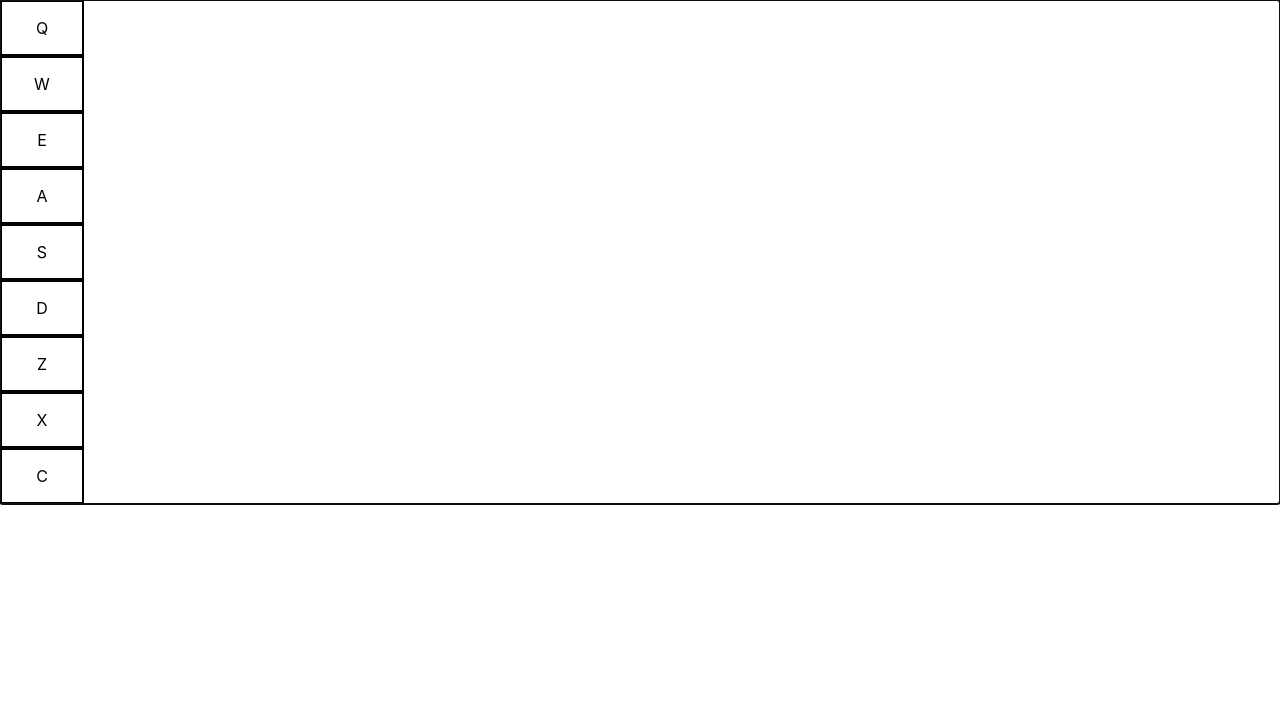
Repository: milac0/drum-machine
Page: /
These files come from the project's save history. The page is drawn as it stood at one moment and after the next save; the edit follows.
The browser window is 1280 px wide. The pictures show the whole page.
The project was rebuilt for these pictures with package versions that can differ from the ones it lists, and the page was loaded fresh each time.

Above is the page before, as saved 2019-10-25 17:21:10.

### public/index.html
<!DOCTYPE html>
<html lang="en">
  <head>
    <meta charset="utf-8" />
    <link rel="shortcut icon" href="%PUBLIC_URL%/favicon.ico" />
    <meta name="viewport" content="width=device-width, initial-scale=1" />
    <meta name="theme-color" content="#000000" />
    <!--
      manifest.json provides metadata used when your web app is installed on a
      user's mobile device or desktop. See https://developers.google.com/web/fundamentals/web-app-manifest/
    -->
    <link rel="manifest" href="%PUBLIC_URL%/manifest.json" />
    <!--
      Notice the use of %PUBLIC_URL% in the tags above.
      It will be replaced with the URL of the `public` folder during the build.
      Only files inside the `public` folder can be referenced from the HTML.

      Unlike "/favicon.ico" or "favicon.ico", "%PUBLIC_URL%/favicon.ico" will
      work correctly both with client-side routing and a non-root public URL.
      Learn how to configure a non-root public URL by running `npm run build`.
    -->
    <title>Drum Machine</title>
  </head>
  <body>
    <noscript>You need to enable JavaScript to run this app.</noscript>
    <div id="root"></div>
    <!--
      This HTML file is a template.
      If you open it directly in the browser, you will see an empty page.

      You can add webfonts, meta tags, or analytics to this file.
      The build step will place the bundled scripts into the <body> tag.

      To begin the development, run `npm start` or `yarn start`.
      To create a production bundle, use `npm run build` or `yarn build`.
    -->
    <script src="https://cdn.freecodecamp.org/testable-projects-fcc/v1/bundle.js"></script>
  </body>
</html>

### src/index.css
html {
  height: 100%;
}

body {
  margin: 0;
  padding: 0;
  height: 100%;
  min-height: 100%;
  width: 100%;
  font-family: -apple-system, BlinkMacSystemFont, "Segoe UI", "Roboto", "Oxygen",
    "Ubuntu", "Cantarell", "Fira Sans", "Droid Sans", "Helvetica Neue",
    sans-serif;
  -webkit-font-smoothing: antialiased;
  -moz-osx-font-smoothing: grayscale;
}
#root{
  height: 100%;
}
code {
  font-family: source-code-pro, Menlo, Monaco, Consolas, "Courier New",
    monospace;
}

### src/App.js
import React, { Fragment } from "react";
import "./App.css";
import DrumPad from "./Components/DrumPad";

class App extends React.Component {
  constructor(props) {
    super(props);
    this.references = {};
    this.state = { display: "" };
    this.keyPressRef = React.createRef();
    this.handleClick = this.handleClick.bind(this);
    this.handleKeyDown = this.handleKeyDown.bind(this);
    this.getOrCreateRef = this.getOrCreateRef.bind(this);
    this.setDisplay = this.setDisplay.bind(this);
  }

  componentDidMount() {
    this.keyPressRef.current.focus();
  }

  handleClick = id => {
    // console.log(this.references[id].current);
    this.references[id].current.play();
    this.references[id].current.currentTime = 0;
    this.setDisplay(id);
  };

  handleKeyDown = e => {
    if (this.references.hasOwnProperty(e.key.toUpperCase())) {
      this.references[e.key.toUpperCase()].current.play();
      this.references[e.key.toUpperCase()].current.currentTime = 0;
    }
    this.setDisplay(e.key.toUpperCase());
  };

  setDisplay(id) {
    let display;
    try {
      display = drums.filter(elem => elem.id === id)[0].text;
    } catch {
      display = this.state.display;
    }
    console.log(display);
    this.setState({ display });
  }

  getOrCreateRef(id) {
    if (!this.references.hasOwnProperty(id)) {
      return (this.references[id] = React.createRef());
    } else return this.references[id];
  }

  render() {
    return (
      <Fragment>
      <div
        id="drum-machine"
        ref={this.keyPressRef}
        onKeyDown={this.handleKeyDown}
        tabIndex="0"
      >


        {/* <div id="drum-pads"> */}
          {drums.map((elem, i) => (
            <DrumPad
              name={elem.text}
              ref={this.getOrCreateRef(elem.id)}
              clickHandler={this.handleClick}
              id={elem.id}
              src={elem.src}
              key={i}
            />
          ))}
        {/* </div> */}
      </div>
      <p id="display">{this.state.display}</p>
      </Fragment>
    );
  }
}

const drums = [
  {
    id: "Q",
    text: "hit the nail",
    src:
      "https://sampleswap.org/samples-ghost/DRUMS%20(SINGLE%20HITS)/Kicks/16[kb]808bd.aif.mp3"
  },
  {
    id: "W",
    text: "badong",
    src:
      "https://sampleswap.org/samples-ghost/DRUMS%20(SINGLE%20HITS)/Kicks/152[kb]808bd3.aif.mp3"
  },
  {
    id: "E",
    text: "stop kick",
    src:
      "https://sampleswap.org/samples-ghost/DRUMS%20(SINGLE%20HITS)/Kicks/15[kb]808bd2.aif.mp3"
  },
  {
    id: "A",
    text: "pang",
    src:
      "https://sampleswap.org/samples-ghost/DRUMS%20(SINGLE%20HITS)/Kicks/152[kb]808distbd.aif.mp3"
  },
  {
    id: "S",
    text: "boing",
    src:
      "https://sampleswap.org/samples-ghost/DRUMS%20(SINGLE%20HITS)/Kicks/67[kb]808sub.aif.mp3"
  },
  {
    id: "D",
    text: "absolute insane kikdrum",
    src:
      "https://sampleswap.org/samples-ghost/DRUMS%20(SINGLE%20HITS)/Kicks/69[kb]absolutely-insane-kikdrum.wav.mp3"
  },
  {
    id: "Z",
    text: "absurdistan kick",
    src:
      "https://sampleswap.org/samples-ghost/DRUMS%20(SINGLE%20HITS)/Kicks/34[kb]absurdistan-kick.wav.mp3"
  },
  {
    id: "X",
    text: "backwards in crash",
    src:
      "https://sampleswap.org/samples-ghost/DRUMS%20(SINGLE%20HITS)/Gongs%20and%20Super%20Crashes/61[kb]backwards-in-crash.aif.mp3"
  },
  {
    id: "C",
    text: "cymbals",
    src:
      "https://sampleswap.org/samples-ghost/DRUMS%20(SINGLE%20HITS)/Cymbals/100[kb]curiouscym1.aif.mp3"
  }
];

export default App;

### src/App.css
/* #drum-pads {
  max-width: 40%;
  height: auto;
  margin: 0 auto;
  padding: 10px;
  position: relative;
  margin: 0 auto;
  align-self: auto;
  display: inline-grid;
} */

.drum-machine {
  display: grid;
}

.drum-pad {
  max-width: 80px;
  height: auto;

  border: 2px solid black;
  text-align: center;
}

/* #display {
  margin: 0 auto;
  height: 30px;
  width: 200px;
  padding: 10px;
  background: #FDC8C8;
  text-align: center;
}

.drum-pad {
  width: 240px;
  text-align: center;
  border: 1px solid black;
  padding: 1rem 1.5rem;
}

#W {
  grid-column-start: 2;
  grid-column-end: 3;
}

#E {
  grid-column-start: 3;
  grid-column-end: 4;
}

.drum-pad:hover {
  cursor: pointer;
} */

### src/Components/DrumPad.js
import React from "react";

const DrumPad = React.forwardRef((props, ref) => (
  <div
    className="drum-pad"
    id={props.id}
    onClick={() => props.clickHandler(props.id)}
    text={props.name}
  >
    <p>{props.id}</p>
    <audio ref={ref} src={props.src} className="clip" id={props.id}></audio>
  </div>
));

export default DrumPad;

Loaded but not shown: src/index.js (common file)

After the next save:
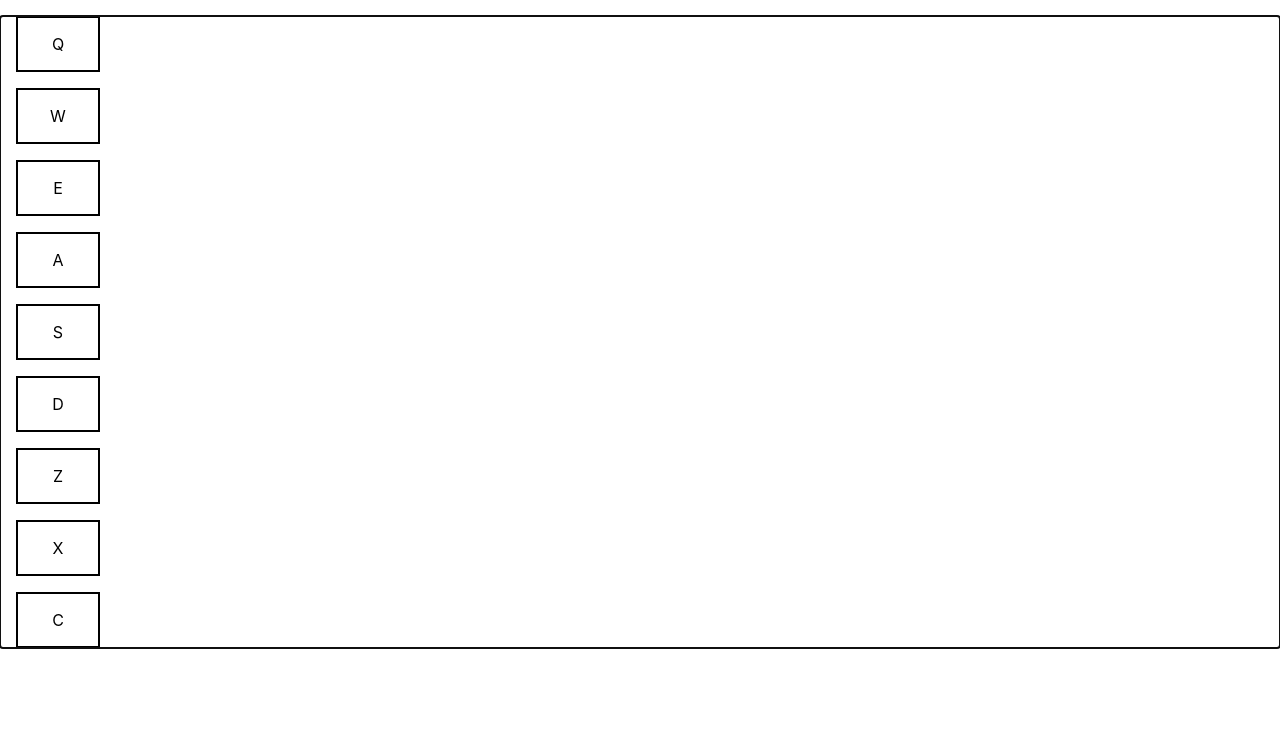
Saved 10 s later.
--- a/src/App.css
+++ b/src/App.css
@@ -16,7 +16,7 @@
 .drum-pad {
   max-width: 80px;
   height: auto;
-
+  margin: 1em;
   border: 2px solid black;
   text-align: center;
 }
